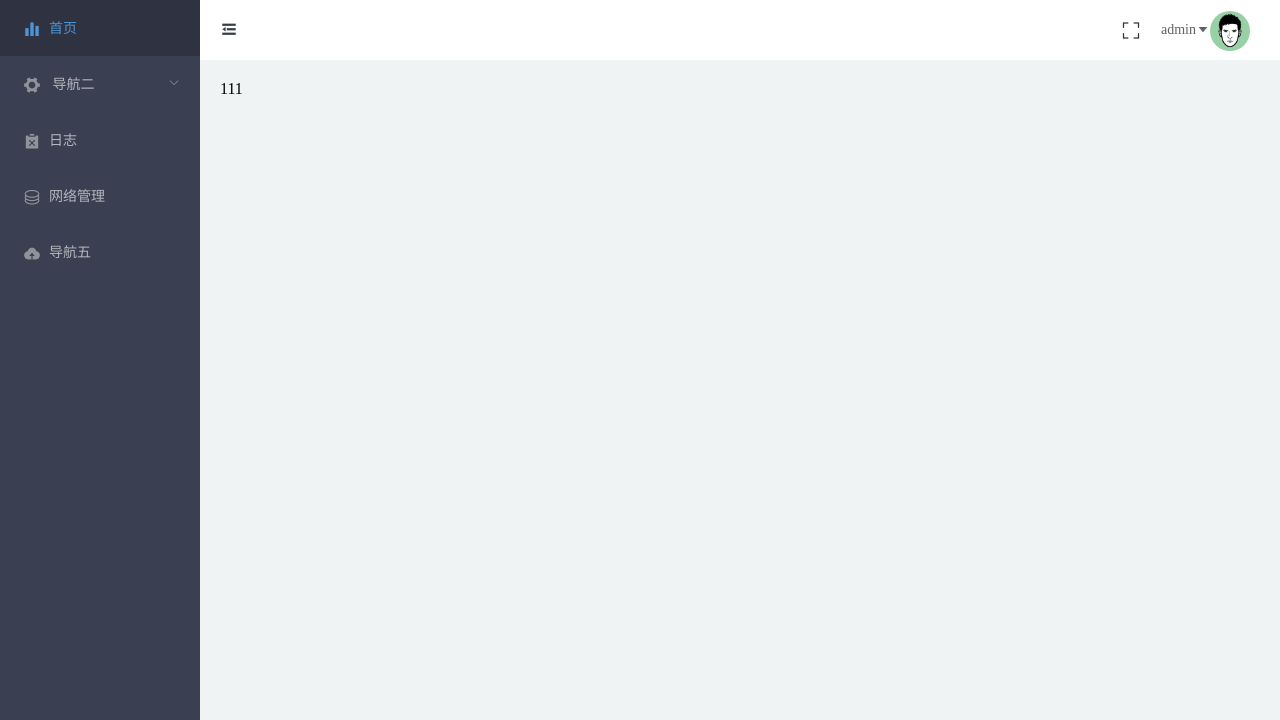
Repository: TomGodb/dazoo-admin
Page: /#/Home
The author's editor kept a copy of each file at every save. The page is drawn from the files as they stood at one save, then again after the next save.
The browser window is 1280 px wide. The pictures show the whole page.
The project was rebuilt for these pictures with package versions that can differ from the ones it lists, and the page was loaded fresh each time. Also part of the build but not shown: vue.config.js, src/components/SlideVerify/index.vue, src/utils/request.js, src/views/login/http.js, src/views/login/index.vue.

Above is the page before, as saved 2021-01-23 10:28:46.

After the next save:
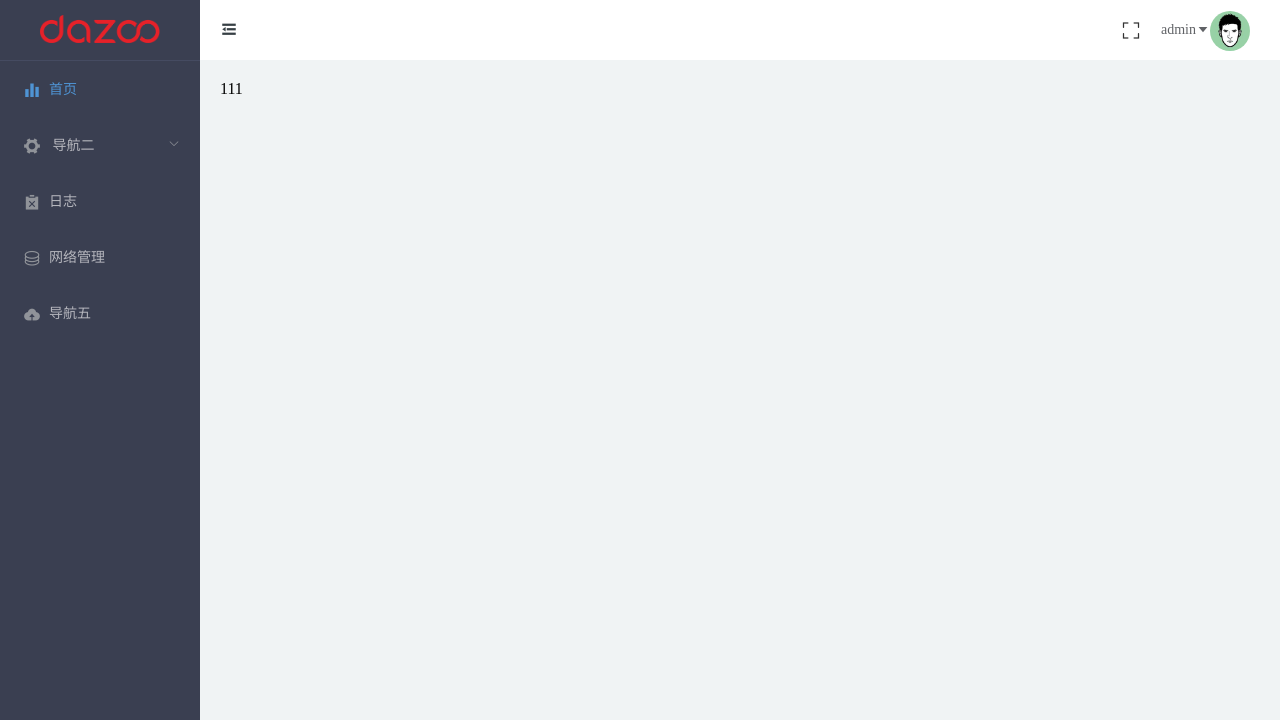
Saved 22 s later.
--- a/src/Home/NavMenu/index.vue
+++ b/src/Home/NavMenu/index.vue
@@ -1,9 +1,9 @@
 <template>
   <div class="navMenu">
-    <!-- <div class="header_l" :style="{ width: opened ? '64px' : '200px' }">
+    <div class="header_l" :style="{ width: opened ? '64px' : '200px' }">
       <img v-if="opened" src="@a/ImgSrc/Home-logo/dazoo-logo.png" alt="logo" />
       <img v-else src="@a/ImgSrc/Home-logo/logo.jpg" alt="logo" />
-    </div> -->
+    </div>
     <template v-for="navMenu in navMenus">
       <!-- 最后一级菜单 -->
       <el-menu-item
@@ -27,7 +27,7 @@
           <span> {{ navMenu.meta.title }}</span>
         </template>
         <!-- 递归 -->
-        <NavMenu :navMenus="navMenu.children"></NavMenu>
+        <!-- <NavMenu :navMenus="navMenu.children"></NavMenu> -->
       </el-submenu>
     </template>
   </div>

After the save that followed:
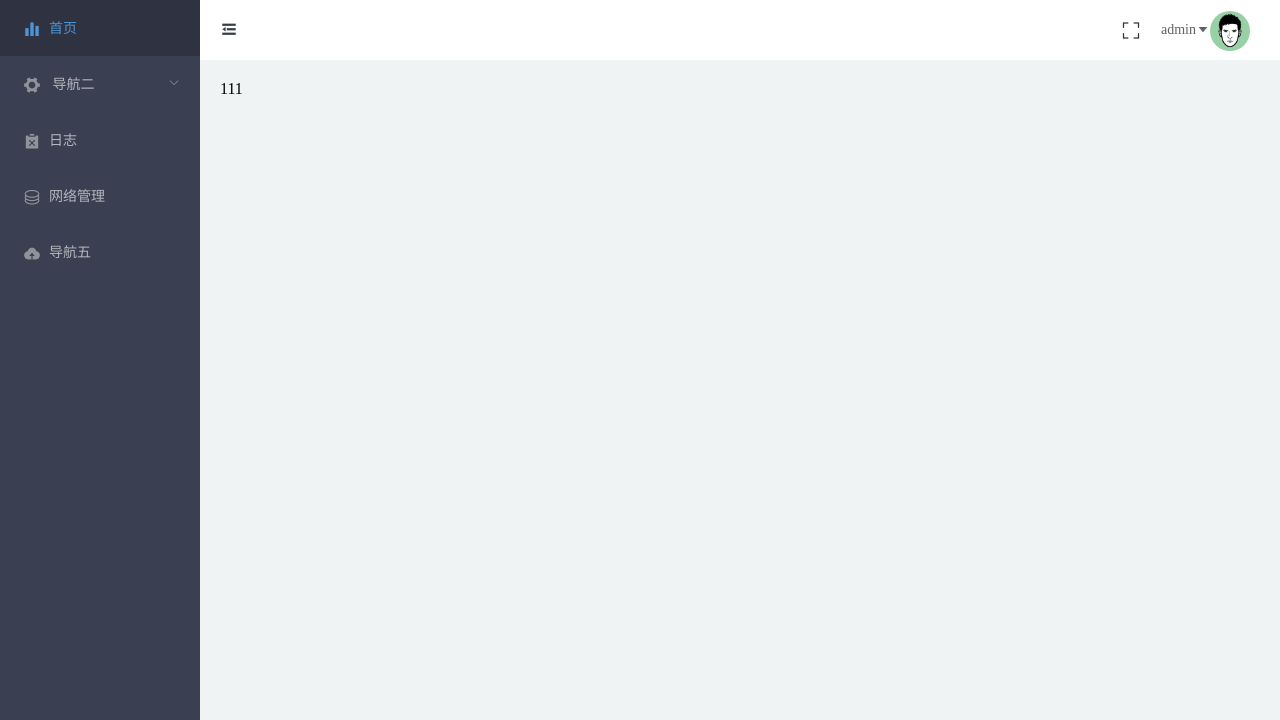
Saved 8 s later.
--- a/src/Home/NavMenu/index.vue
+++ b/src/Home/NavMenu/index.vue
@@ -1,9 +1,9 @@
 <template>
   <div class="navMenu">
-    <div class="header_l" :style="{ width: opened ? '64px' : '200px' }">
+    <!-- <div class="header_l" :style="{ width: opened ? '64px' : '200px' }">
       <img v-if="opened" src="@a/ImgSrc/Home-logo/dazoo-logo.png" alt="logo" />
       <img v-else src="@a/ImgSrc/Home-logo/logo.jpg" alt="logo" />
-    </div>
+    </div> -->
     <template v-for="navMenu in navMenus">
       <!-- 最后一级菜单 -->
       <el-menu-item
@@ -27,7 +27,7 @@
           <span> {{ navMenu.meta.title }}</span>
         </template>
         <!-- 递归 -->
-        <!-- <NavMenu :navMenus="navMenu.children"></NavMenu> -->
+        <NavMenu :navMenus="navMenu.children"></NavMenu>
       </el-submenu>
     </template>
   </div>
